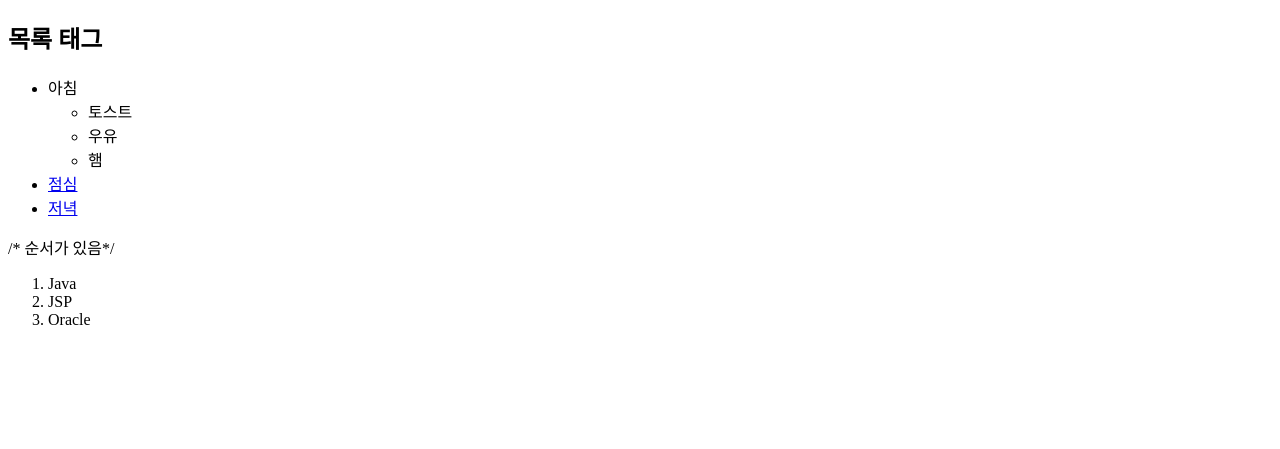
Repository: jinaa11/Kcc_Web
Page: Html/WebContent/list.html
These files come from the project's save history. The page is drawn as it stood at one moment and after the next save; the edit follows.
The browser window is 1280 px wide. The pictures show the whole page.

Above is the page before, as saved 2024-07-08 02:43:51.

After the next save:
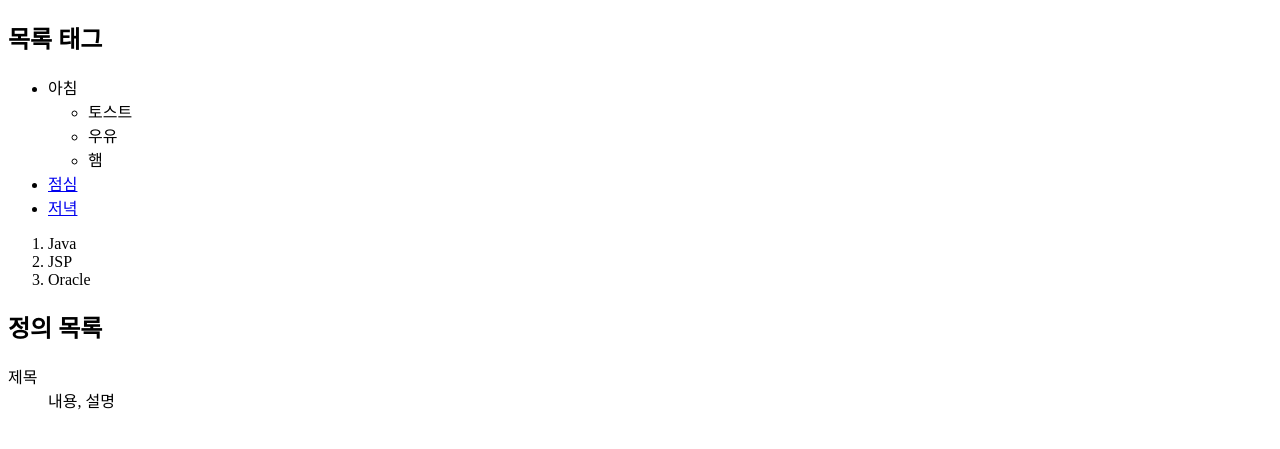
Saved 83 s later.
--- a/Html/WebContent/list.html
+++ b/Html/WebContent/list.html
@@ -33,11 +33,16 @@
 		<li><a href="#">점심</a></li>
 		<li><a href="#">저녁</a></li>
 	</ul>
-	/* 순서가 있음*/
 	<ol>
 		<li>Java</li>
 		<li>JSP</li>
 		<li>Oracle</li>
 	</ol>
+
+	<h2>정의 목록</h2>
+	<dl>
+		<dt>제목</dt>
+		<dd>내용, 설명</dd>
+	</dl>
 </body>
 </html>
